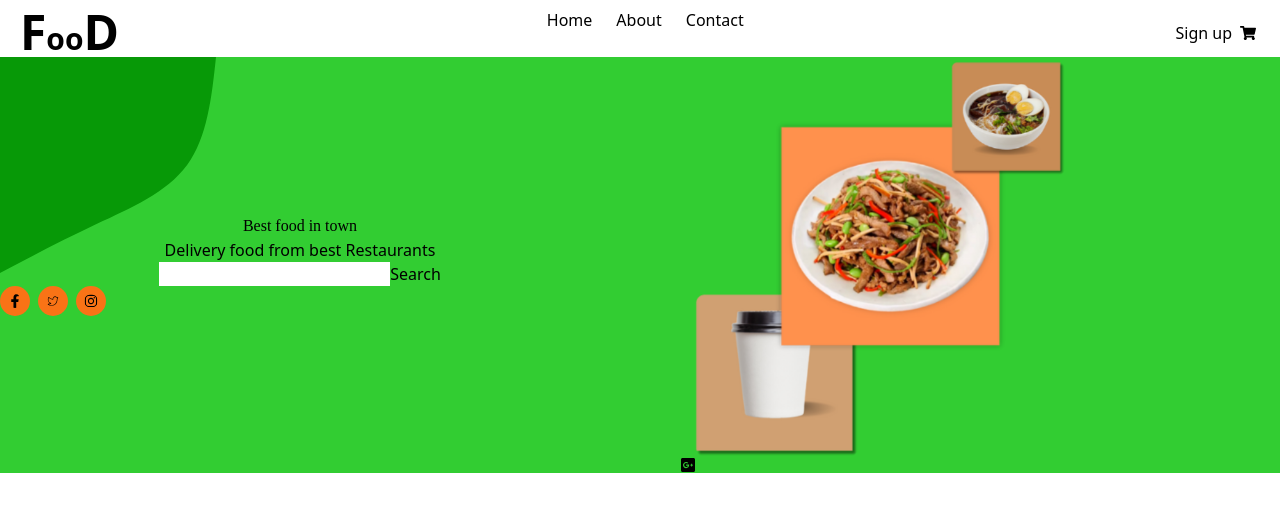
Repository: KhushiCode14/FoodWeb
Page: /
These files come from the project's save history. The page is drawn as it stood at one moment and after the next save; the edit follows.
The browser window is 1280 px wide. The pictures show the whole page.
The project was rebuilt for these pictures with package versions that can differ from the ones it lists, and the page was loaded fresh each time. Also part of the build but not shown: src/components/Home/SignUp.tsx, src/components/Home/SignIn.tsx.

Above is the page before, as saved 2024-09-19 20:07:23.

After the next save:
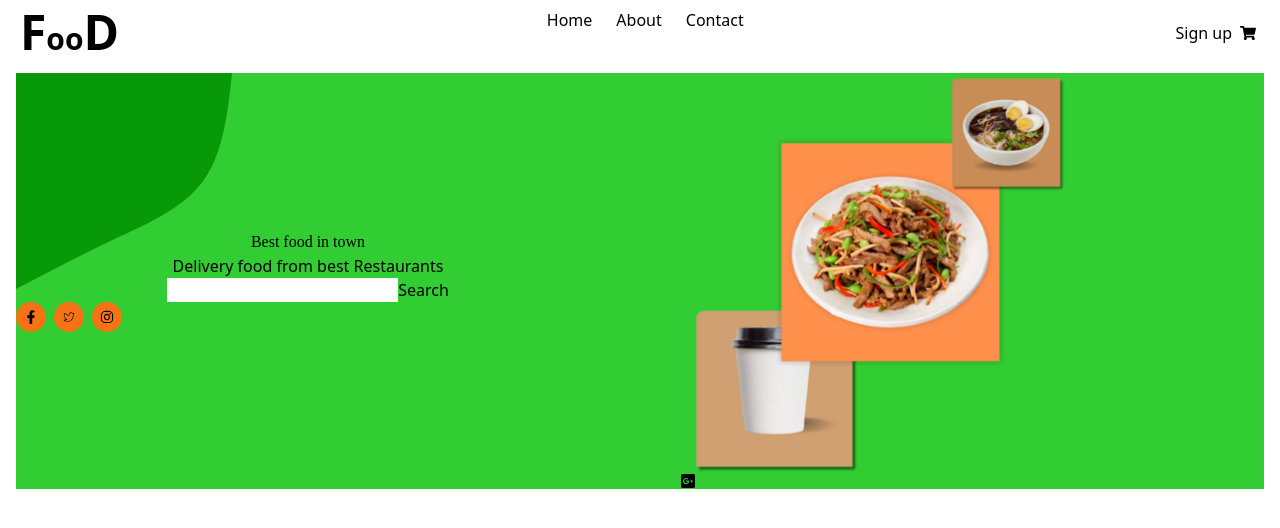
Saved 27 s later.
--- a/src/Pages/Home.tsx
+++ b/src/Pages/Home.tsx
@@ -6,9 +6,9 @@
 const Home: React.FC = () => {
   return (
 
-    <div className=" flex  gap-20 bgBack justify-center items-center ">
+    <div className=" flex  gap-20 bgBack justify-center items-center m-4 ">
 
-      <div className="w-1/2 justify-center items-center">
+      <div className="w-1/2 justify-center items-center ">
         <h3 className="font-cursive">Best food in town</h3>
         <h1>Delivery food from best Restaurants</h1>
         <div>

After the save that followed:
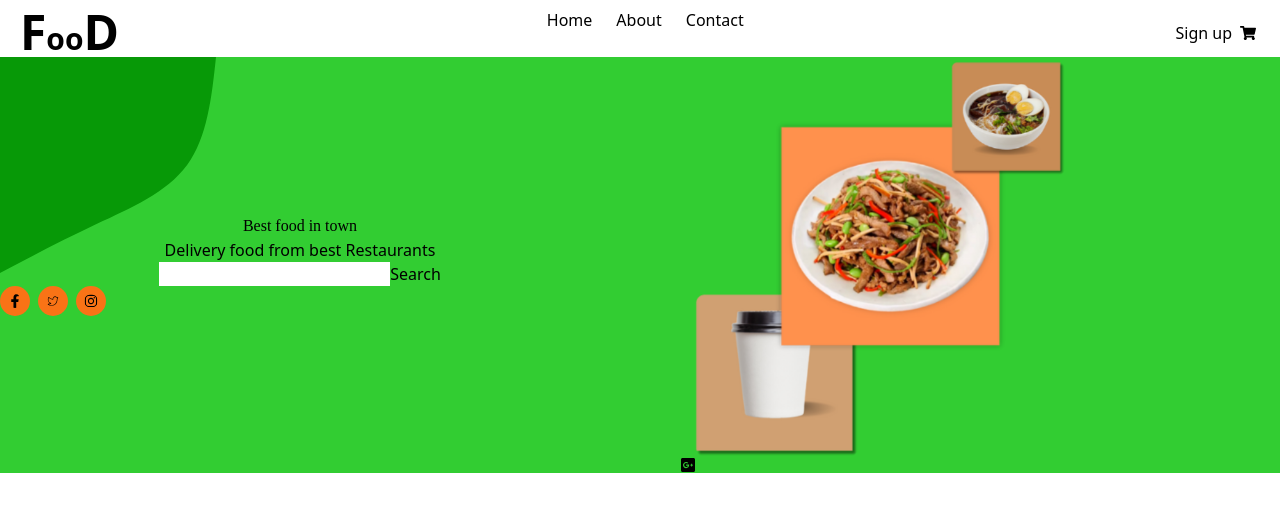
Saved 7 s later.
--- a/src/Pages/Home.tsx
+++ b/src/Pages/Home.tsx
@@ -6,7 +6,7 @@
 const Home: React.FC = () => {
   return (
 
-    <div className=" flex  gap-20 bgBack justify-center items-center m-4 ">
+    <div className=" flex  gap-20 bgBack justify-center items-center  ">
 
       <div className="w-1/2 justify-center items-center ">
         <h3 className="font-cursive">Best food in town</h3>
